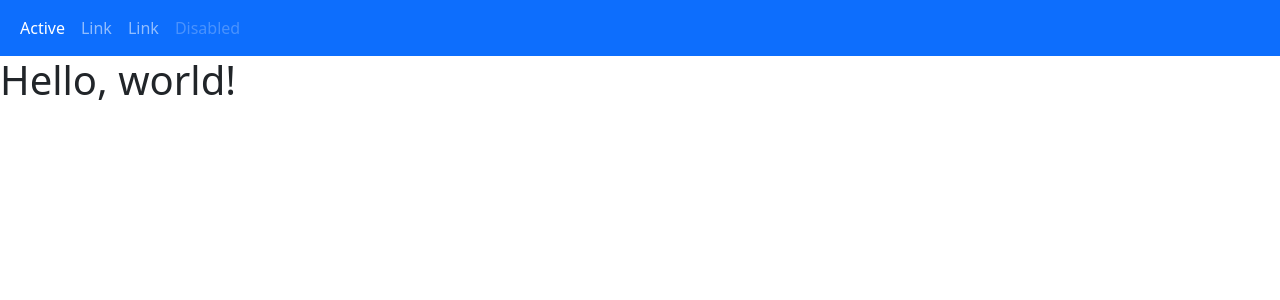
Repository: Matsikembareb/myPowervision
Page: http://localhost/
These files come from the project's save history. The page is drawn as it stood at one moment and after the next save; the edit follows.
The browser window is 1280 px wide. The pictures show the whole page.
The page is served by the project's application, run on Flask 3 (01prototype/app.py). Other server files are loaded and not shown.

Above is the page before, as saved 2025-09-15 09:16:25.

### 01prototype/templates/index.html
{% extends "base.html" %}

{% block content %}
  <h1>Welcome to myPowervision</h1>
  <p>Enhanced workflow and digital experiences for everyone.</p>
  <p>Work smarter, not harder.</p>
{% endblock %}

### 01prototype/templates/base.html
<!doctype html>
<html lang="en">
  <head>
    <!-- Required meta tags -->
    <meta charset="utf-8">
    <meta name="viewport" content="width=device-width, initial-scale=1">

    <!-- Bootstrap CSS -->
    <link href="https://cdn.jsdelivr.net/npm/bootstrap@5.0.2/dist/css/bootstrap.min.css" rel="stylesheet" integrity="sha384-EVSTQN3/azprG1Anm3QDgpJLIm9Nao0Yz1ztcQTwFspd3yD65VohhpuuCOmLASjC" crossorigin="anonymous">

    <title>myPowervision</title>
  </head>
  <body>
    <nav class="navbar navbar-expand-sm bg-primary navbar-dark">
      <div class="container-fluid">
        <ul class="navbar-nav">
          <li class="nav-item">
            <a class="nav-link active" href="#">Active<span class="visually-hidden">(current)</span></a>
          </li>
          <li class="nav-item">
            <a class="nav-link" href="#">Link</a>
          </li>
          <li class="nav-item">
            <a class="nav-link" href="#">Link</a>
          </li>
          <li class="nav-item">
            <a class="nav-link disabled" href="#">Disabled</a>
          </li>
        </ul>
      </div>
    </nav>
    <h1>Hello, world!</h1>

    <!-- Optional JavaScript; choose one of the two! -->

    <!-- Option 1: Bootstrap Bundle with Popper -->
    <script src="https://cdn.jsdelivr.net/npm/bootstrap@5.0.2/dist/js/bootstrap.bundle.min.js" integrity="sha384-MrcW6ZMFYlzcLA8Nl+NtUVF0sA7MsXsP1UyJoMp4YLEuNSfAP+JcXn/tWtIaxVXM" crossorigin="anonymous"></script>

    <!-- Option 2: Separate Popper and Bootstrap JS -->
    <!--
    <script src="https://cdn.jsdelivr.net/npm/@popperjs/core@2.9.2/dist/umd/popper.min.js" integrity="sha384-IQsoLXl5PILFhosVNubq5LC7Qb9DXgDA9i+tQ8Zj3iwWAwPtgFTxbJ8NT4GN1R8p" crossorigin="anonymous"></script>
    <script src="https://cdn.jsdelivr.net/npm/bootstrap@5.0.2/dist/js/bootstrap.min.js" integrity="sha384-cVKIPhGWiC2Al4u+LWgxfKTRIcfu0JTxR+EQDz/bgldoEyl4H0zUF0QKbrJ0EcQF" crossorigin="anonymous"></script>
    -->
  </body>
</html>

### 01prototype/app.py
from flask import Flask, render_template, url_for
from flask_sqlalchemy import SQLAlchemy

app = Flask(__name__)



@app.route("/")
def home_page():
    return render_template("index.html")

@app.route("/register")
def register_page():
    return render_template("auth/register.html")

@app.route("/login")
def login_page():
    return render_template("auth/login.html")

@app.route("/forgot-password")
def forgot_password_page():
    return render_template("auth/forgot_password.html")


if __name__ == '__main__':
    app.run(debug=True)

After the next save:
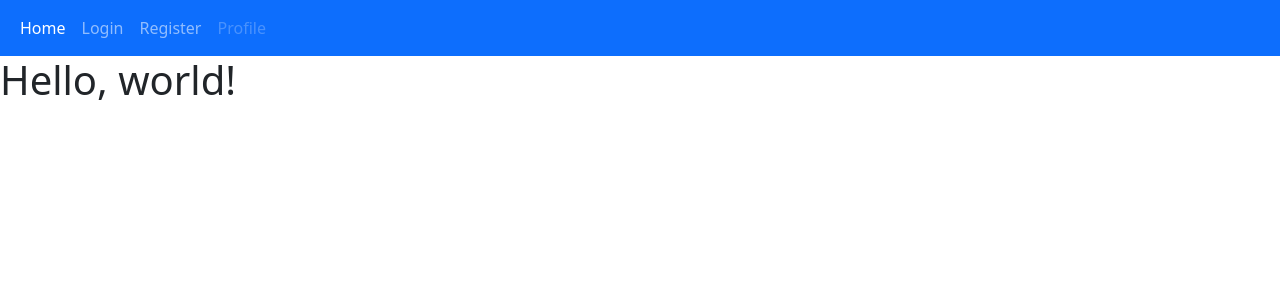
Saved 1 s later.
--- a/01prototype/templates/base.html
+++ b/01prototype/templates/base.html
@@ -15,16 +15,16 @@
       <div class="container-fluid">
         <ul class="navbar-nav">
           <li class="nav-item">
-            <a class="nav-link active" href="#">Active<span class="visually-hidden">(current)</span></a>
+            <a class="nav-link active" href="#">Home<span class="visually-hidden">(current)</span></a>
           </li>
           <li class="nav-item">
-            <a class="nav-link" href="#">Link</a>
+            <a class="nav-link" href="#">Login</a>
           </li>
           <li class="nav-item">
-            <a class="nav-link" href="#">Link</a>
+            <a class="nav-link" href="#">Register</a>
           </li>
           <li class="nav-item">
-            <a class="nav-link disabled" href="#">Disabled</a>
+            <a class="nav-link disabled" href="#">Profile</a>
           </li>
         </ul>
       </div>
